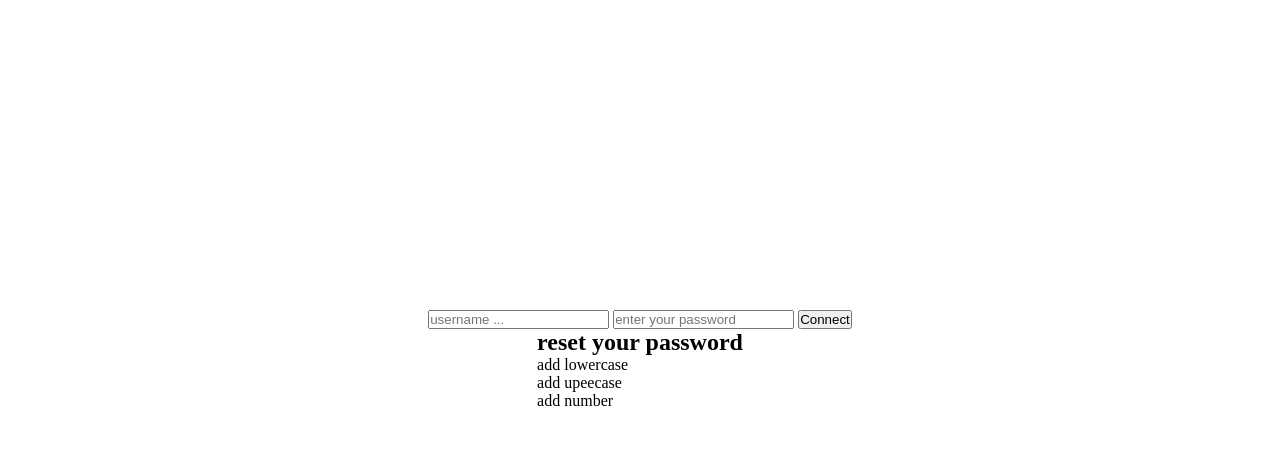
Repository: beva3/javaScrypt
Page: filter/index.html
An editor plug-in stored every save of this project. The page is shown before and after the next save, followed by the edit.
The browser window is 1280 px wide. The pictures show the whole page.

Above is the page before, as saved 2024-05-11 22:34:18.

### filter/index.html
<!DOCTYPE html>
<html lang="en">
<head>
    <meta charset="UTF-8">
    <link rel="stylesheet" href="style.css">
    <meta name="viewport" content="width=device-width, initial-scale=1.0">
    <title>filter</title>
</head>
<body>
    <div class="session">
        <form>
            <input type="text" placeholder="username ..." required >
            <input type="password"  id="passwd" placeholder="enter your password" required>
            <input type="submit" value="Connect">
        </form>
    </div>
    <div class="message">
        <h2>reset your password</h2>
        <p id="invalide" class="min">add lowercase</p>
        <p id="invalide" class="maj">add upeecase</p>
        <p id="invalide" class="number">add number</p>
    </div>
</body>
</html>

### filter/style.css
*{
    padding:0;
    margin: 0;
    box-sizing: border-box;
    font-family: ;
}

body{
    min-height: 100vh;
    display: flex;
    flex-direction: column;
    justify-content: center;
    align-items: center;
}

After the next save:
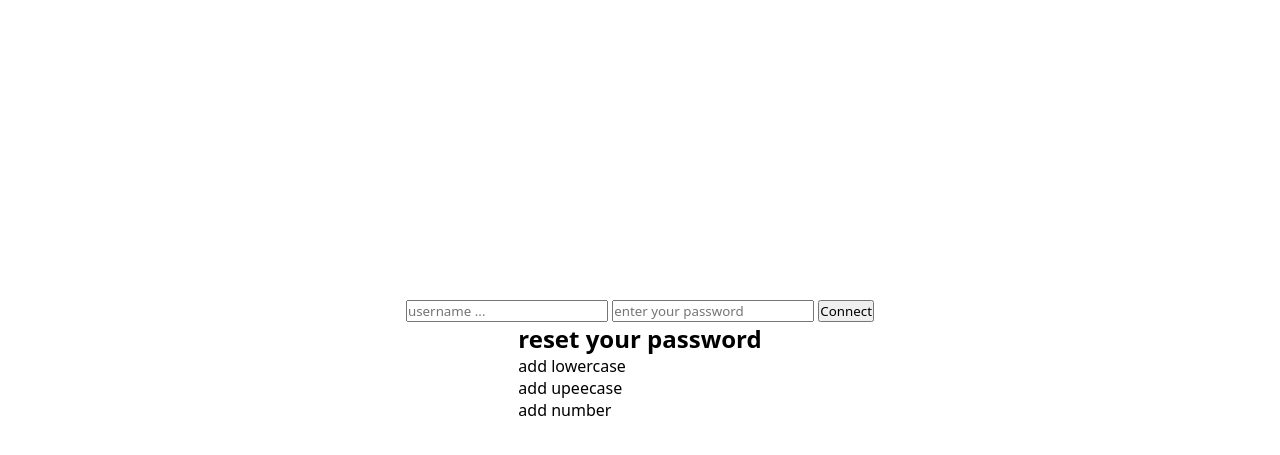
Saved 4 s later.
--- a/filter/style.css
+++ b/filter/style.css
@@ -2,7 +2,7 @@
     padding:0;
     margin: 0;
     box-sizing: border-box;
-    font-family: ;
+    font-family: system-ui, -apple-system, BlinkMacSystemFont, 'Segoe UI', Roboto, Oxygen, Ubuntu, Cantarell, 'Open Sans', 'Helvetica Neue', sans-serif;
 }
 
 body{
